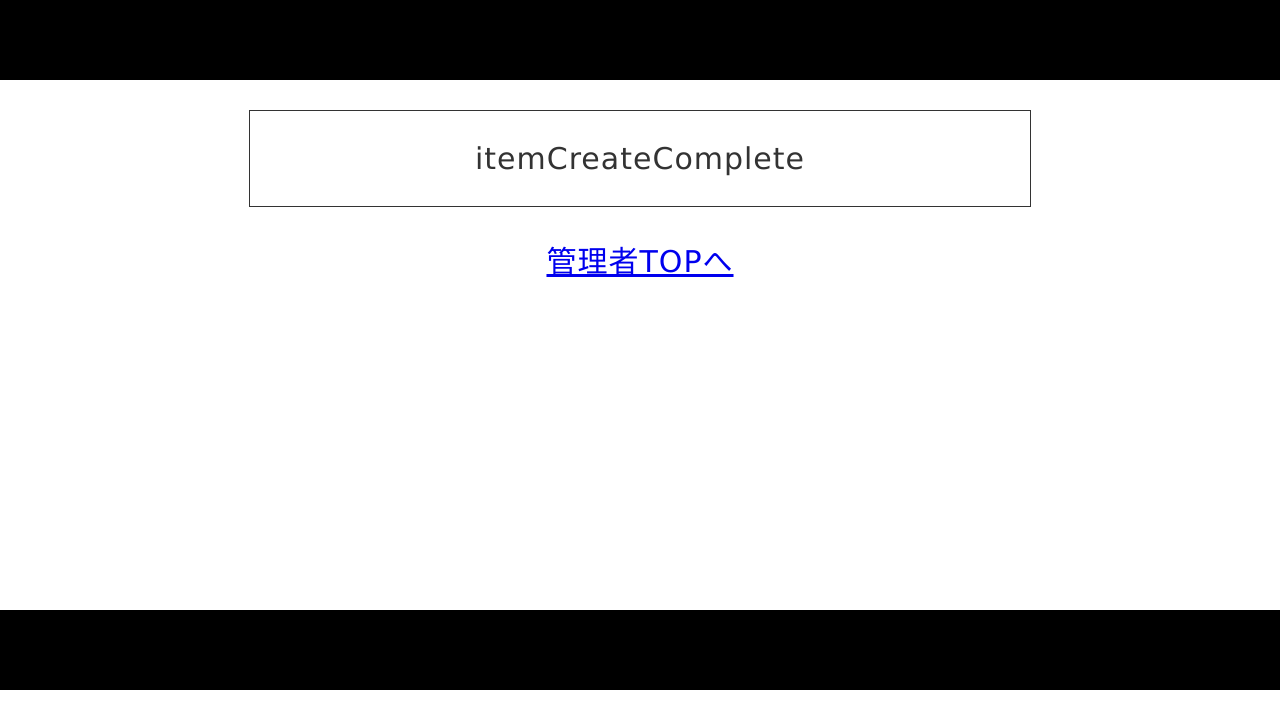
Repository: kazuki000/test
Page: http://localhost/ecsite/itemCreateComplete.jsp
An editor plug-in stored every save of this project. The page is shown before and after the next save, followed by the edit.
The browser window is 1280 px wide. The pictures show the whole page.
The page is served by Tomcat 9.

Above is the page before, as saved 2019-05-03 10:07:30.

After the next save:
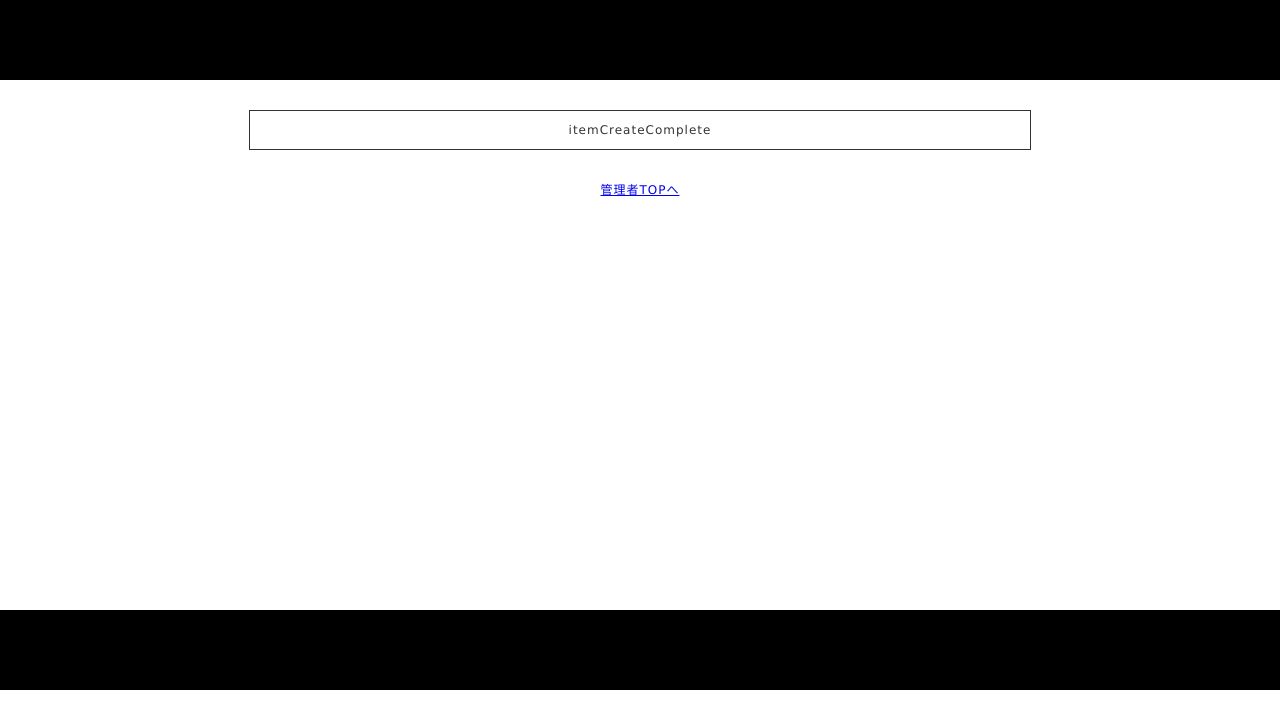
Saved 70 s later.
--- a/ecsite/WebContent/itemCreateComplete.jsp
+++ b/ecsite/WebContent/itemCreateComplete.jsp
@@ -46,7 +46,7 @@
 		width:100%;
 		height:500px;
 		text-align:center;
-		font-size:30px;
+
 	}
 
 	#footer{
@@ -69,7 +69,7 @@
 			<div id="top">
 					<p>itemCreateComplete</p>
 			</div>
-			<div>
+			<div id="main2">
 					<a href='<s:url action="AdminAction"/>'>管理者TOPへ</a>
 	</div>
 	</div>
